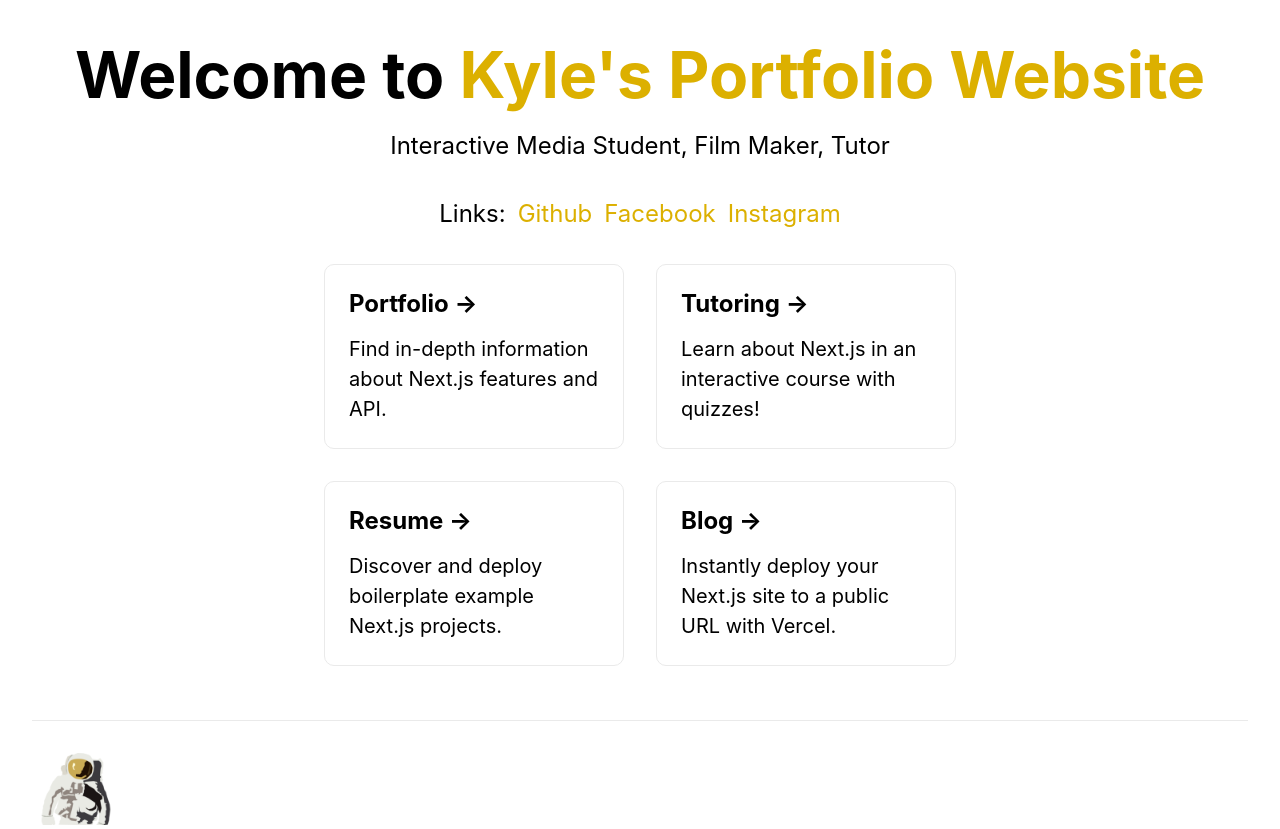
Repository: neomort/CL-portfolio-site
Page: /
These files come from the project's save history. The page is drawn as it stood at one moment and after the next save; the edit follows.
The browser window is 1280 px wide. The pictures show the whole page.
The project was rebuilt for these pictures with package versions that can differ from the ones it lists, and the page was loaded fresh each time. The framework's server and built-in components were replaced by stand-ins that run in the browser. Also part of the build but not shown: next.config.js.

Above is the page before, as saved 2021-12-14 14:35:17.

After the next save:
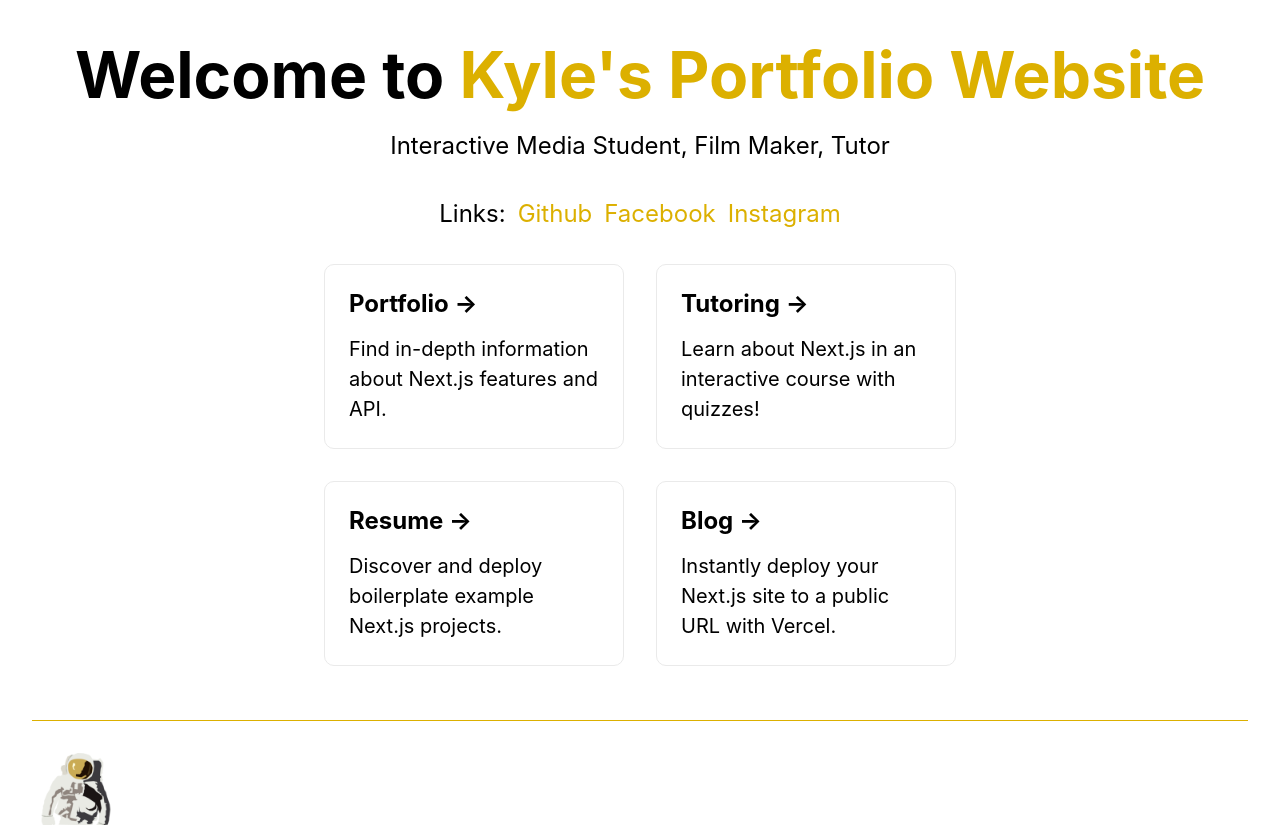
Saved 51 s later.
--- a/styles/Home.module.css
+++ b/styles/Home.module.css
@@ -16,7 +16,7 @@
   display: flex;
   flex: 1;
   padding: 2rem 0;
-  border-top: 1px solid #eaeaea;
+  border-top: 1px solid #dcb000;
   justify-content: center;
   align-items: center;
 }
